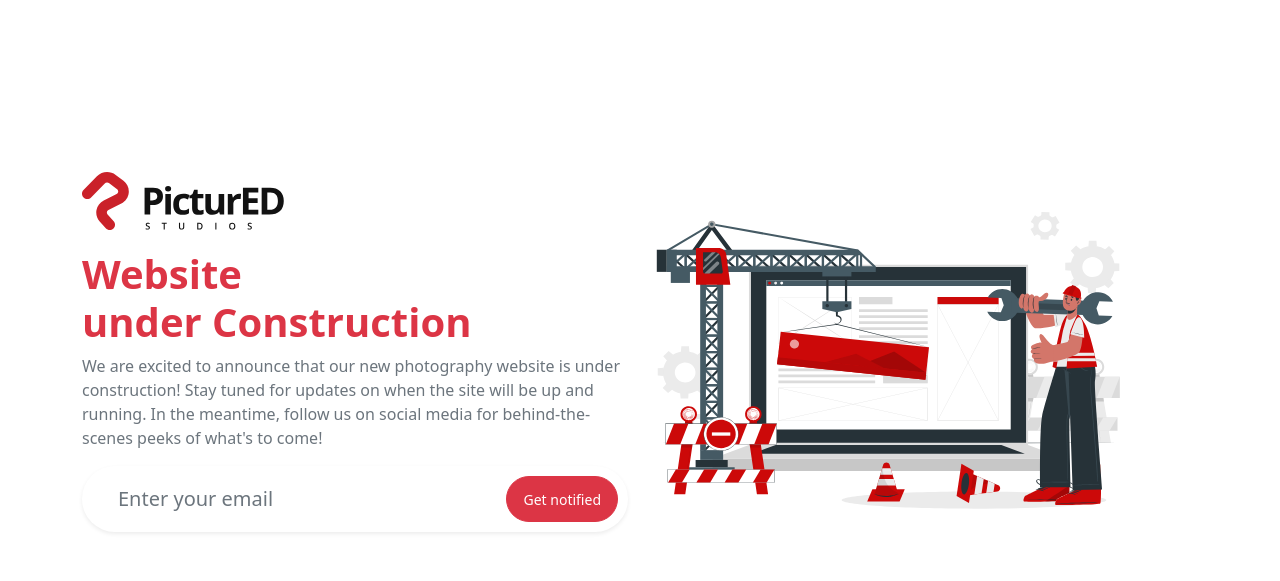
Repository: tHEO2k17/pictured
Page: /
These files come from the project's save history. The page is drawn as it stood at one moment and after the next save; the edit follows.
The browser window is 1280 px wide. The pictures show the whole page.
The project was rebuilt for these pictures with package versions that can differ from the ones it lists, and the page was loaded fresh each time.

Above is the page before, as saved 2022-09-14 14:29:31.

### src/index.scss
@import '~bootstrap/scss/bootstrap.scss';

.input-group {
  // border: 1px solid #eee;
  border-radius: 50px;
  padding: 10px 10px 10px 20px;
}

.input-group > :not(:first-child):not(.dropdown-menu):not(.valid-tooltip):not(.valid-feedback):not(.invalid-tooltip):not(.invalid-feedback) {
  margin-left: 20px;
  border-radius: 50px;
  font-size: 14px;
}

.form-control {
  border: unset;
}

.form-control:focus {
  background-color: #fff;
  border-color: unset;
  outline: 0;
  box-shadow: unset;
}

### src/App.tsx
import React from "react";
import {
  Container,
  Col,
  Row,
  Image,
  InputGroup,
  Button,
  Form,
} from "react-bootstrap";
import logo from "./core/res/images/logo.svg";
import sideImage from "./core/res/images/side-image.svg";

function App() {
  return (
    <Container className="min-vh-100">
      <Row className="min-vh-100 align-items-center">
        <Col>
          <Image src={logo} />
          <h1 className="text-danger fw-bold mt-3">
            Website <br /> under Construction
          </h1>

          <p className="text-muted">
            We are excited to announce that our new photography website is under
            construction! Stay tuned for updates on when the site will be up and
            running. In the meantime, follow us on social media for
            behind-the-scenes peeks of what's to come!
          </p>

          <InputGroup size="lg" className="mt-3 mb-3 shadow-sm">
            <Form.Control
              placeholder="Enter your email"
              aria-label="Enter your email"
              aria-describedby="basic-addon2"
            />
            <Button variant="danger" id="button-addon2">
              Get notified
            </Button>
          </InputGroup>

          {/* <Row>
            <Col md={{ span: 8, offset: 2 }}>
              <InputGroup className="mb-3 ">
                <Form.Control
                  placeholder="Recipient's username"
                  aria-label="Recipient's username"
                  aria-describedby="basic-addon2"
                />
                <Button variant="outline-secondary" id="button-addon2">
                  Button
                </Button>
              </InputGroup>
            </Col>
          </Row> */}
        </Col>
        <Col>
          <Image src={sideImage} />
        </Col>
      </Row>
    </Container>
  );
}

export default App;

Loaded but not shown: public/index.html (common file); src/index.tsx (common file)

After the next save:
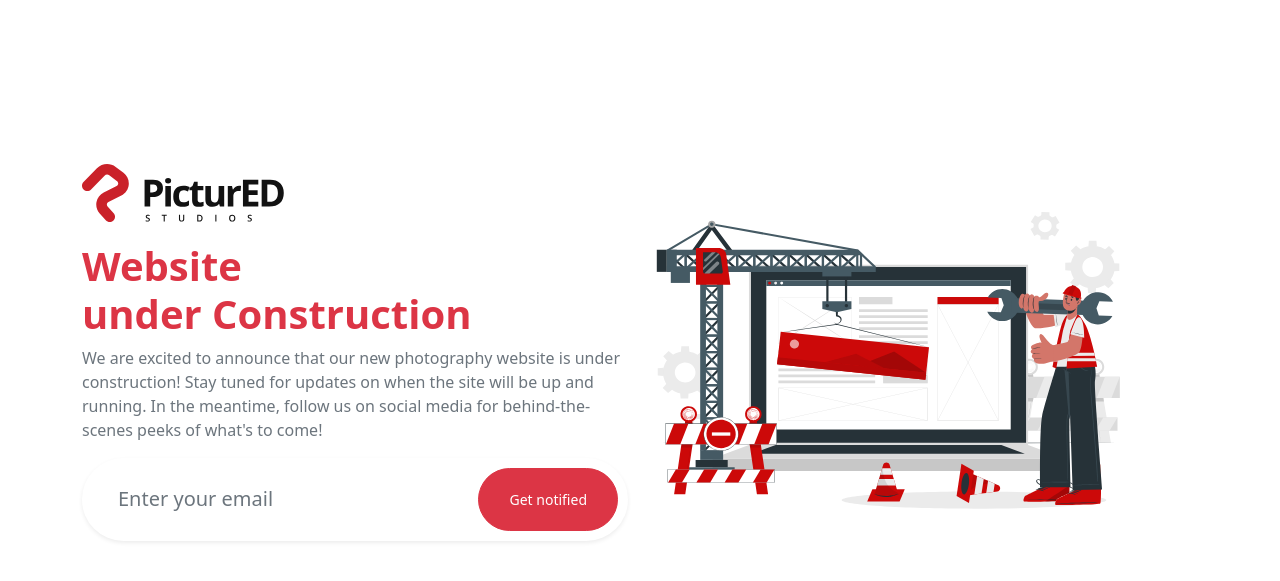
Saved 30 s later.
--- a/src/index.scss
+++ b/src/index.scss
@@ -10,6 +10,7 @@
   margin-left: 20px;
   border-radius: 50px;
   font-size: 14px;
+  padding: 20px 30px 20px 30px ;
 }
 
 .form-control {
